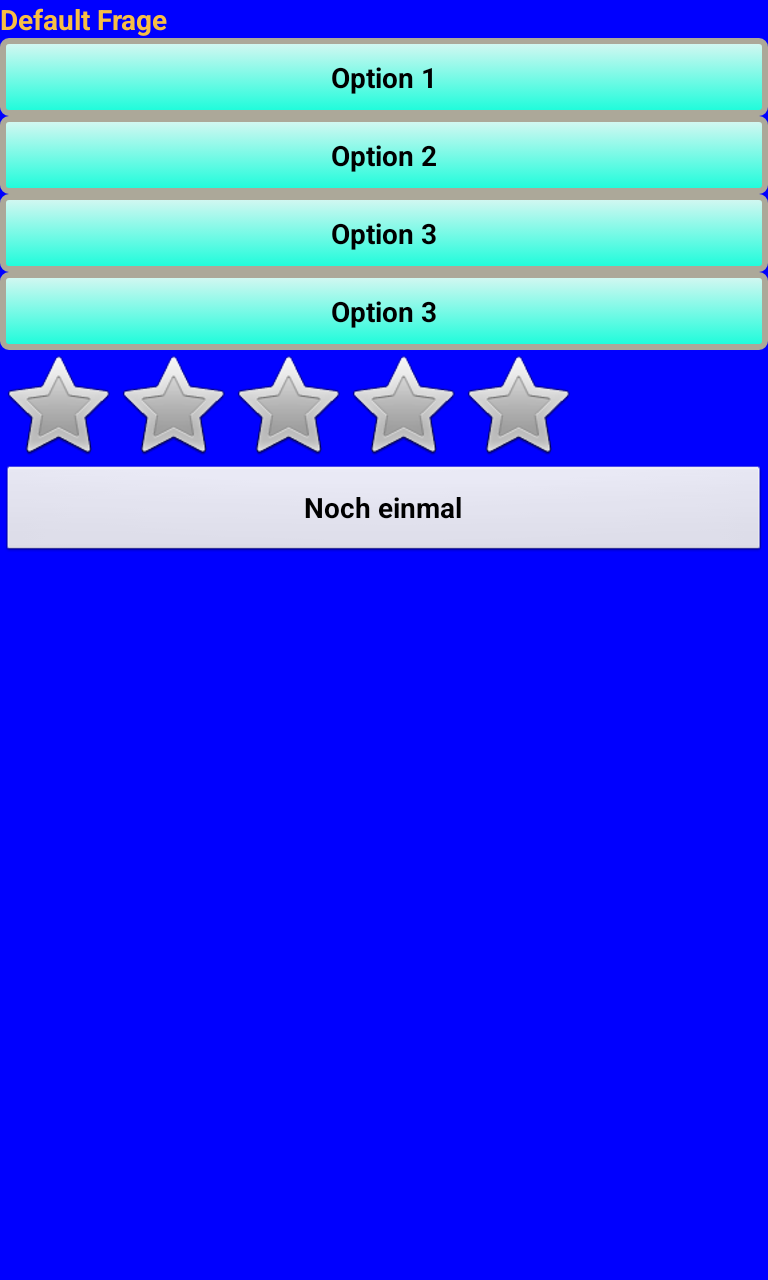
Repository: rueckemann/WWM
Layout: WWM/res/layout/main.xml
The author's editor kept a copy of each file at every save. The layout is drawn from the files as they stood at one save, then again after the next save.
It is drawn on a 768 x 1280 px phone screen (xhdpi) without system bars, with theme WWM_Style; the app's code is not run.

Above is the layout before, as saved 2012-02-20 20:31:10.

### WWM/res/layout/main.xml
<?xml version="1.0" encoding="utf-8"?>

<LinearLayout xmlns:android="http://schemas.android.com/apk/res/android"
	    android:id="@+id/Layout1"
	    android:layout_width="fill_parent"
	    android:layout_height="fill_parent"
	    android:orientation="vertical" >


    <TextView
        android:id="@+id/tvQuestion"
        android:layout_width="fill_parent"
        android:layout_height="wrap_content"
        android:text="@string/frage" />

		<Button
            android:id="@+id/btOption1"
            android:layout_width="fill_parent"
            android:layout_height="wrap_content"
            android:background="@drawable/button_selector"
            android:text="@string/option1" />
    <Button
        android:id="@+id/btOption2"
        android:layout_width="fill_parent"
        android:layout_height="wrap_content"
        android:background="@drawable/button_selector"
        android:text="@string/option2"  />

    <Button
        android:id="@+id/btOption3"
        android:layout_width="fill_parent"
        android:layout_height="wrap_content"
        android:background="@drawable/button_selector"
        android:text="@string/option3" />


    <Button
        android:id="@+id/btOption4"
        android:layout_width="fill_parent"
        android:layout_height="wrap_content"
        android:background="@drawable/button_selector"
        android:text="@string/option4" />

 <RatingBar
        android:id="@+id/ratingBar1"
        android:layout_width="wrap_content"
        android:layout_height="wrap_content"
        android:stepSize="1"
        android:numStars="5" />

    <Button
        android:id="@+id/btRetry"
        android:layout_width="fill_parent"
        android:layout_height="wrap_content"
        android:text="@string/retry" />

</LinearLayout>

### WWM/res/values/styles.xml
<?xml version="1.0" encoding="utf-8"?>
<resources>

   <style name="WWM_Style" parent="android:Theme.Light">

	    <item name="android:textSize">14sp</item>
	    <item name="android:textColor">#F7BE45</item>
	    <item name="android:textStyle">bold</item>

        <item name="android:windowTitleBackgroundStyle">@color/titlebackgroundcolor</item>
        <item name="android:background">@color/blue</item>
    </style>

   <style name="WWM_TextAppearance" parent="@android:style/TextAppearance">
	  </style>
</resources>

### WWM/res/values/colors.xml
<?xml version="1.0" encoding="utf-8"?>
<resources>
     <color name="black">#000</color>
     <color name="blue">#00f</color>
     <color name="red">#f00</color>
     <color name="grey">#f00</color>
     <color name="yellow1">#F9E60E</color>
	   <color name="yellow2">#F9F89D</color>
	   <color name="orange4">#F7BE45</color>
	   <color name="orange5">#F7D896</color>
	   <color name="blue2">#19FCDA</color>
	   <color name="blue25">#D9F7F2</color>
	   <color name="grey05">#ACA899</color>
	   <color name="white1">#FFFFFF</color>
	   <color name="white2">#DDDDDD</color>

     <color name="titlebackgroundcolor">#3232CD</color>
     <color name="backgroundcolor">#3232CD</color>
     <color name="titletextcolor">#FFFF00</color>

</resources>

### WWM/res/values/strings.xml
<?xml version="1.0" encoding="utf-8"?>
<resources>

    <string name="app_name">Wer wird Millionär?</string>

    <string name="frage">Default Frage</string>
    <string name="stufe">Stufe 1</string>
    <string name="option1">Option 1</string>
    <string name="option2">Option 2</string>
    <string name="option3">Option 3</string>
    <string name="option4">Option 3</string>

    <string name="retry">Noch einmal</string>
</resources>

### WWM/res/drawable-hdpi/button_selector.xml
<?xml version="1.0" encoding="UTF-8"?>

<selector
    xmlns:android="http://schemas.android.com/apk/res/android">

    <item android:state_pressed="true" >
        <shape>
            <gradient
                android:startColor="@color/blue"
                android:endColor="@color/blue"
                android:angle="270" />
            <stroke
                android:width="3dp"
                android:color="@color/grey" />
            <corners
                android:radius="3dp" />
            <padding
                android:left="10dp"
                android:top="10dp"
                android:right="10dp"
                android:bottom="10dp" />
        </shape>
    </item>

    <item android:state_focused="true" >
        <shape>
            <gradient
                android:endColor="@color/orange4"
                android:startColor="@color/orange5"
                android:angle="270" />
            <stroke
                android:width="3dp"
                android:color="@color/grey05" />
            <corners
                android:radius="3dp" />
            <padding
                android:left="10dp"
                android:top="10dp"
                android:right="10dp"
                android:bottom="10dp" />
        </shape>
    </item>

    <item>
        <shape>
            <gradient
                android:endColor="@color/blue2"
                android:startColor="@color/blue25"
                android:angle="270" />
            <stroke
                android:width="3dp"
                android:color="@color/grey05" />
            <corners
                android:radius="3dp" />
            <padding
                android:left="10dp"
                android:top="10dp"
                android:right="10dp"
                android:bottom="10dp" />
        </shape>
    </item>
</selector>

After the next save:
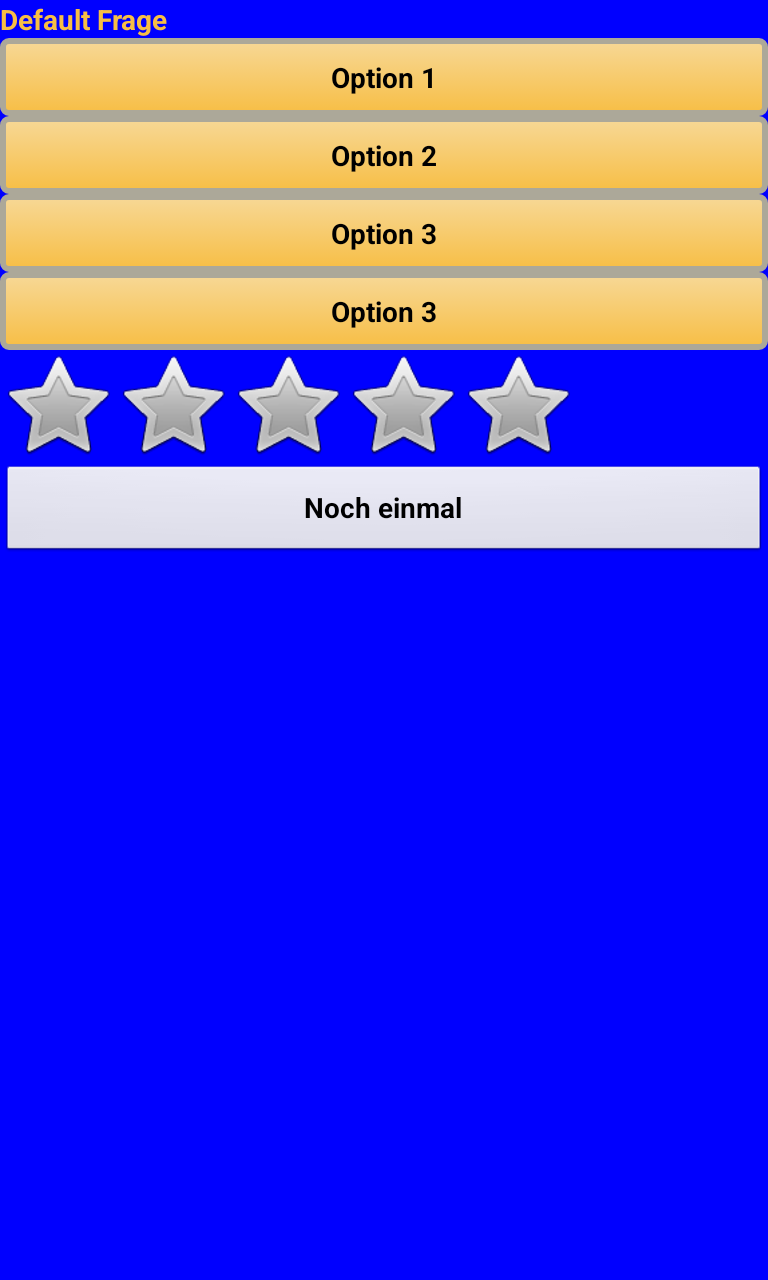
Saved 2 min 29 s later.
--- a/WWM/res/drawable-hdpi/button_selector.xml
+++ b/WWM/res/drawable-hdpi/button_selector.xml
@@ -44,8 +44,8 @@
     <item>
         <shape>
             <gradient
-                android:endColor="@color/blue2"
-                android:startColor="@color/blue25"
+                android:endColor="@color/orange4"
+                android:startColor="@color/orange5"
                 android:angle="270" />
             <stroke
                 android:width="3dp"
